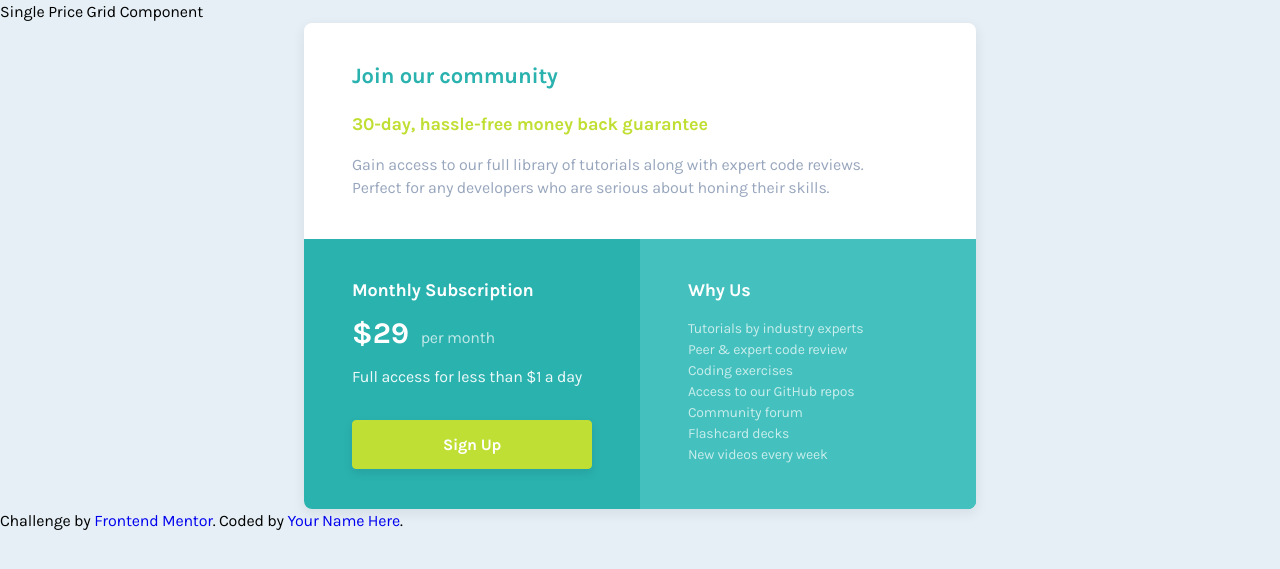
Repository: bangjuyoung/bangjuyoung
Page: practice/frontend-mentor/single-price-grid-component/index.html
These files come from the project's save history. The page is drawn as it stood at one moment and after the next save; the edit follows.
The browser window is 1280 px wide. The pictures show the whole page.

Above is the page before, as saved 2019-06-16 16:00:54.

After the next save:
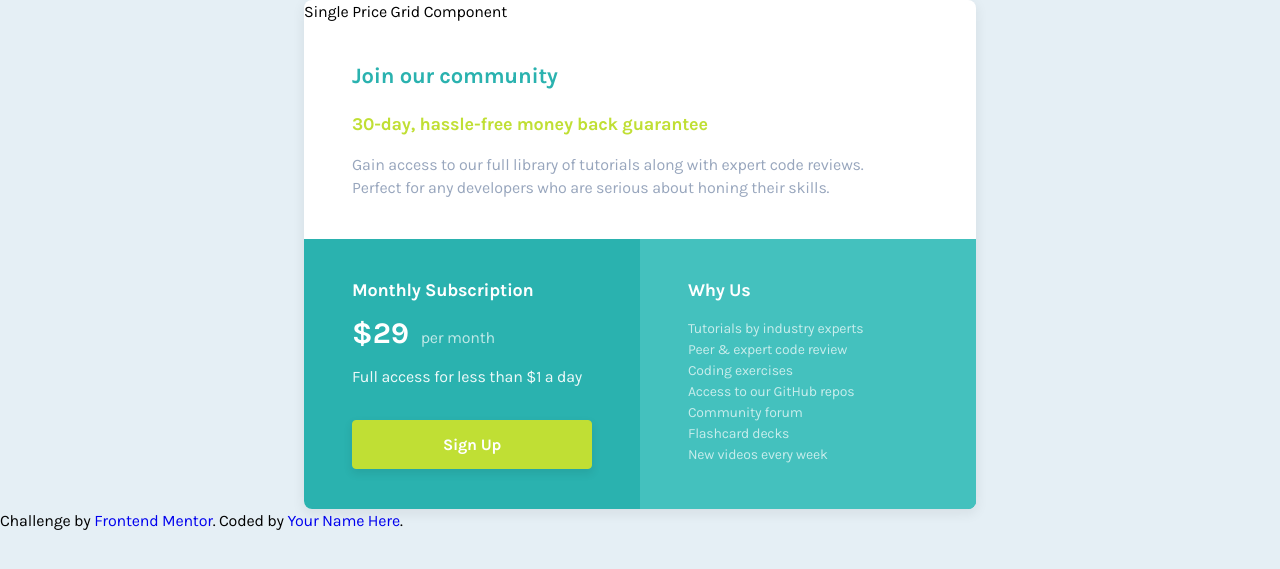
Saved 90 s later.
--- a/practice/frontend-mentor/single-price-grid-component/index.html
+++ b/practice/frontend-mentor/single-price-grid-component/index.html
@@ -13,43 +13,47 @@
 
 <body class="bg-gray--pale">
   <main role="main" class="">
-    <h1>Single Price Grid Component</h1>
+
 
     <article class="bg-white single-price">
+      <h1>Single Price Grid Component</h1>
 
-      <div class="text-primary--gray single-price__primary">
-        <section class="single-price__body">
-          <h2 class="text-primary text-title">Join our community</h2>
-          <h3 class="text-secondary text-subtitle">30-day, hassle-free money back guarantee</h3>
-          <p>Gain access to our full library of tutorials along with expert code reviews.</p>
-          <p>Perfect for any developers who are serious about honing their skills.</p>
-        </section>
-      </div>
+      <div class="single-price__wrapper">
+        <div class="text-primary--gray single-price__primary">
+          <section class="single-price__body">
+            <h2 class="text-primary text-title">Join our community</h2>
+            <h3 class="text-secondary text-subtitle">30-day, hassle-free money back guarantee</h3>
+            <p>Gain access to our full library of tutorials along with expert code reviews.</p>
+            <p>Perfect for any developers who are serious about honing their skills.</p>
+          </section>
+        </div>
 
-      <div class="theme-primary single-price__secondary">
-        <section class="single-price__body single-price__cta">
-          <h3 class="text-white text-subtitle">Monthly Subscription</h3>
-          <div class="single-price__divider">
-            <p class="text-light single-price__text">
-              <strong class="text-white text-display1">&dollar;29</strong> per month
+        <div class="theme-primary single-price__secondary">
+          <section class="single-price__body single-price__cta">
+            <h3 class="text-white text-subtitle">Monthly Subscription</h3>
+            <div class="single-price__divider">
+              <p class="text-light single-price__text">
+                <strong class="text-white text-display1">&dollar;29</strong> per month
+              </p>
+              <p class="single-price__text">Full access for less than &dollar;1 a day</p>
+            </div>
+            <a href="/" class="btn btn-secondary btn-block btn--float">Sign Up</a>
+          </section>
+
+          <section class="theme-primary--light text-body2 single-price__body single-price__feature">
+            <h4 class="text-white text-subtitle">Why Us</h4>
+            <p>
+              Tutorials by industry experts<span class="newline"></span>
+              Peer &amp; expert code review<span class="newline"></span>
+              Coding exercises<span class="newline"></span>
+              Access to our GitHub repos<span class="newline"></span>
+              Community forum<span class="newline"></span>
+              Flashcard decks<span class="newline"></span>
+              New videos every week
             </p>
-            <p class="single-price__text">Full access for less than &dollar;1 a day</p>
-          </div>
-          <a href="/" class="btn btn-secondary btn-block btn--float">Sign Up</a>
-        </section>
+          </section>
+        </div>
 
-        <section class="theme-primary--light text-body2 single-price__body single-price__feature">
-          <h4 class="text-white text-subtitle">Why Us</h4>
-          <p>
-            Tutorials by industry experts<span class="newline"></span>
-            Peer &amp; expert code review<span class="newline"></span>
-            Coding exercises<span class="newline"></span>
-            Access to our GitHub repos<span class="newline"></span>
-            Community forum<span class="newline"></span>
-            Flashcard decks<span class="newline"></span>
-            New videos every week
-          </p>
-        </section>
       </div>
 
     </article>
